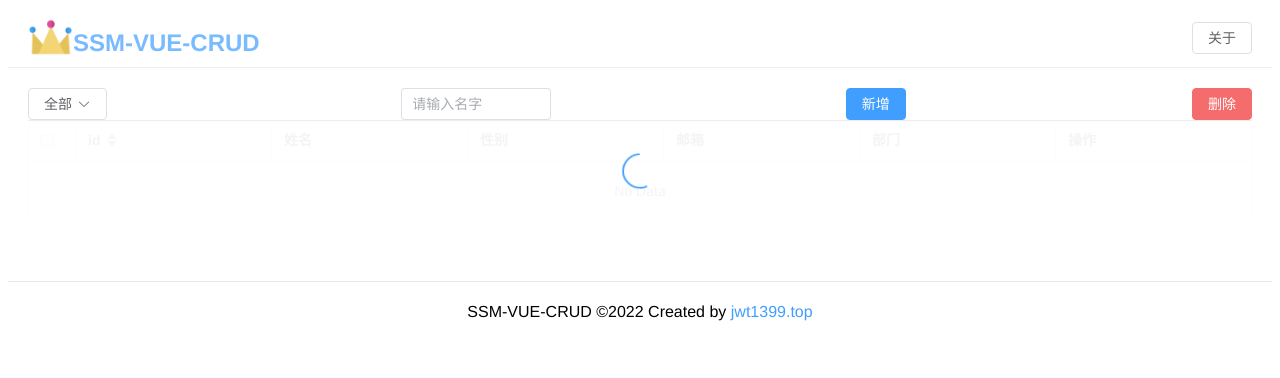
Repository: jwt1399/ssm-vue-crud
Page: / (app in ssm-crud-front/)
The author's editor kept a copy of each file at every save. The page is drawn from the files as they stood at one save, then again after the next save.
The browser window is 1280 px wide. The pictures show the whole page.
The page's requests for data from a server got no answer. The project was rebuilt for these pictures with package versions that can differ from the ones it lists, and the page was loaded fresh each time. No one was signed in, and anything a server would have sent is missing. Also part of the build but not shown: ssm-crud-front/vue.config.js.

Above is the page before, as saved 2022-06-17 10:23:04.

### ssm-crud-front/public/index.html
<!DOCTYPE html>
<html lang="zh-Hans">
  <head>
    <meta charset="utf-8">
    <meta http-equiv="X-UA-Compatible" content="IE=edge">
    <meta name="viewport" content="width=device-width,initial-scale=1.0">
    <link rel="icon" href="<%= BASE_URL %>favicon.png">
    <title><%= htmlWebpackPlugin.options.title %></title>
  </head>
  <body>
    <noscript>
      <strong>We're sorry but <%= htmlWebpackPlugin.options.title %> doesn't work properly without JavaScript enabled. Please enable it to continue.</strong>
    </noscript>
    <div id="app"></div>
    <!-- built files will be auto injected -->
  </body>
</html>

### ssm-crud-front/src/main.js
import { createApp } from 'vue'
import App from './App.vue'
import router from './router'
import ElementPlus from 'element-plus'
import 'element-plus/dist/index.css'
import * as ElementPlusIconsVue from '@element-plus/icons-vue'

const app = createApp(App)

//配置全局icon
for (const [key, component] of Object.entries(ElementPlusIconsVue)) {
    app.component(key, component)
  }

app.use(router).use(ElementPlus).mount('#app')

### ssm-crud-front/src/App.vue
<template>
  <Header/>
  <router-view/>
  <Footer/>
</template>


<script setup>
import Header from '@/components/Header.vue'
import Footer from '@/components/Footer.vue'
</script>



<style>
#app {
  font-family: Avenir, Helvetica, Arial, sans-serif;
  -webkit-font-smoothing: antialiased;
  -moz-osx-font-smoothing: grayscale;
  /* text-align: center; */
  /* color: #2c3e50; */
}
</style>


<!-- 不使用script setup语法糖 -->
<!-- <script>
import Header from '@/components/Header.vue'
import Footer from '@/components/Footer.vue'
export default {
    components: {
        Header,
        Footer,
    }
}
</script> -->

### ssm-crud-front/src/router/index.js
import { createRouter, createWebHashHistory } from 'vue-router'
import CrudView from '../views/CrudView.vue'
const routes = [
  {
    path: '/',
    name: 'home',
    component: CrudView
  },
  {
    path: '/about',
    name: 'about',
    // 懒加载
    component: () => import(/* webpackChunkName: "about" */ '../views/AboutView.vue')
  }
]

const router = createRouter({
  history: createWebHashHistory(),
  routes
})

export default router

### ssm-crud-front/src/components/Header.vue
<template>
  <el-header class="header">
    <!-- <div class="nav"> -->
      <a href="/" class="nav-link">
        <img src="../assets/favicon.png" alt="logo" class="nav-logo" />
        <h2 class="nav-title">SSM-VUE-CRUD</h2>
      </a>
    <!-- </div> -->
    <el-button type="default" size="default" :plain="true" @click="skipAbout()">关于</el-button>
    <!-- <Dialog ref="dialog"/> -->
  </el-header>
</template>

<script setup>
import { ref } from "vue";
import { useRouter } from "vue-router";
import { Search } from "@element-plus/icons-vue";
import { ElMessage, ElMessageBox } from "element-plus";
// import Dialog from '@/components/Dialog.vue';
// import { defineProps } from "vue";

import { inject } from "vue";

// const dialog =ref(null)

const defaultText = ref("测试");

const searchChange = (val) => {
  console.log(val);
  // getEmployeeList();
};

//关于页跳转
const router = useRouter();
const skipAbout = () => {
  // window.location.href='#/about';
  // router.push({path:'about'})
  router.push({ name: "about" }); //路由名
  //弹框提示
  ElMessage({
    showClose: true,
    message: "这是本项目的关于页面！",
    center: true,
    type: "success",
  });
};

// 添加按钮
const handleAdd = (index, row) => {
  console.log(index, row);
    dialog.value.editNameDisabled = false;
    dialog.value.dialogFormVisible = true;
};

// 批量删除按钮
const batchDeleteEmployee = () => {
  if (batchIds.length == 0) {
    ElMessage({
      message: "最少选择一位员工！",
      type: "warning",
    });
    return;
  }
  ElMessageBox.confirm("此操作将永久删除该信息, 是否继续?", "提示", {
    confirmButtonText: "确定",
    cancelButtonText: "取消",
    type: "warning",
  })
    .then(() => {
      axios
        .batchDeleteEmployee({
          ids: batchIds,
        })
        .then((res) => {
          ElMessage({
            type: "success",
            message: res.msg,
          });
          this.getEmployeeList();
        })
        .catch((res) => {
          ElMessage({
            type: "info",
            message: res.msg,
          });
        });
    })
    .catch(() => {
      ElMessage({
        type: "info",
        message: "删除取消",
      });
    });
};
</script>

<style scoped>
.nav-logo {
  height: 45px;
  width: 45px;
  vertical-align: middle;
  display: inline-block;
}

.nav-title {
  /* font-size: 2rem; */
  display: inline-block;
  vertical-align: middle;
  color: #79bbff;
  padding-top: 10px;
}

/* .nav-item {
  display: flex;
  align-items: center;
}

.nav-search {
  width: 150px;
  margin: 0 20px;
} */

.header {
  display: flex;
  align-items: center;
  justify-content: space-between;
  width: 100%;
  border-bottom: 1px solid #eee;
  min-width: 800px;
}
</style>

<!-- 不使用script setup语法糖 -->
<!-- <script>
import { ref } from 'vue'
import { useRouter } from 'vue-router'
import { Search } from '@element-plus/icons-vue'
export default {
    name: 'Header',
    setup() {
        const defaultText = ref("测试")
        const router = useRouter()
        const skipAbout = ()=>{
        // window.location.href='#/about';
        // router.push({path:'about'})
        router.push({ name: 'about'})
        }
        return {
            skipAbout,
            Search,
            defaultText,
        }
    },
}
</script> -->

### ssm-crud-front/src/components/Footer.vue
<template>
<el-footer class="footer">
    <span>SSM-VUE-CRUD ©2022 Created by </span>
    <a href="https://jwt1399.top" style="text-decoration: none;color: #409eff;"> jwt1399.top</a>
 </el-footer>
</template>

<!-- 不使用script setup语法糖 -->
<!-- <script>
export default{
    name:'Footer',
}
</script> -->

 <style scoped>
.footer {
    /* 显示在底部*/
    position: relative;
    text-align: center;
    width: 100%;
    /* 垂直居中23-24 */
    height: 60px;
    line-height:60px;
    background-color: #fff;
    border-top:1px solid #E7E7E7;
}
</style>

### ssm-crud-front/src/views/CrudView.vue
<template>
  <el-main>
    <div class="nav-item">
      <el-dropdown>
        <el-button size="default">
          全部
          <el-icon class="el-icon--right">
            <arrow-down />
          </el-icon>
        </el-button>
        <template #dropdown>
          <el-dropdown-menu>
            <el-dropdown-item>Action 1</el-dropdown-item>
            <el-dropdown-item>Action 2</el-dropdown-item>
          </el-dropdown-menu>
        </template>
      </el-dropdown>
      <div class="nav-search">
        <el-input
          placeholder="请输入名字"
          v-model="defaultText"
          size="default"
          :prefix-icon="Search"
          @change="searchChange"
          clearable
        >
        </el-input>
      </div>
      <el-button type="primary" size="default" @click="handleAdd()">新增</el-button>
      <el-button type="danger" size="default" @click="batchDeleteEmployee()">删除</el-button>
    </div>

    <div class="data-table">
      <el-table
        :data="employeeList"
        border
        style="width: 100%"
        v-loading="loading"
        @selection-change="handleSelectionChange"
      >
        <el-table-column type="selection"></el-table-column>
        <el-table-column prop="empId" label="id" sortable></el-table-column>
        <el-table-column prop="empName" label="姓名"></el-table-column>
        <el-table-column prop="gender" label="性别" :formatter="formatterSex"></el-table-column>
        <el-table-column prop="email" label="邮箱"></el-table-column>
        <el-table-column prop="department.deptName" label="部门"></el-table-column>
        <el-table-column label="操作">
          <template #default="scope">
            <el-button
              type="primary"
              size="large"
              :icon="Edit"
              @click="handleEdit(scope.$index, scope.row)"
              circle
            >
            </el-button>
            <el-button
              type="danger"
              size="large"
              :icon="Delete"
              @click="handleDelete(scope.$index, scope.row)"
              circle
            >
            </el-button>
          </template>
        </el-table-column>
      </el-table>
    </div>
    <div class="table-pagination">
      <el-pagination
        v-model:current-page="pageNum"
        v-model:page-size="pageSize"
        :page-sizes="[5, 10, 15, 20]"
        :small="small"
        :disabled="disabled"
        :background="background"
        layout="total, sizes, prev, pager, next, jumper"
        :total="total"
        @size-change="handleSizeChange"
        @current-change="handleCurrentChange"
      >
      </el-pagination>
    </div>
  </el-main>
  <!-- <Dialog ref="dialog"/> -->
  <el-dialog
    v-model="dialogFormVisible"
    :title="editNameDisabled ? '修改' : '添加'"
    @close="dialogClose"
  >
    <el-form
      :model="EmpForm"
      :rules="rules"
      ref="formRef"
      label-position="right"
      label-width="80px"
      status-icon
    >
      <el-form-item label="姓名" prop="empName">
        <el-input v-model="EmpForm.empName" :disabled="editNameDisabled"></el-input>
      </el-form-item>
      <el-form-item label="邮箱" prop="email">
        <el-input v-model="EmpForm.email"></el-input>
      </el-form-item>
      <el-form-item label="性别" prop="gender">
        <el-radio-group v-model="EmpForm.gender">
          <el-radio :label="1" border size="default">男</el-radio>
          <el-radio :label="2" border size="default">女</el-radio>
        </el-radio-group>
      </el-form-item>
      <el-form-item label="所属部门" prop="dId">
        <el-select v-model="EmpForm.dId" placeholder="请选择部门">

          <el-option v-for="(item,index) in DeptList" :key="index" :label="item.deptName" :value="item.deptId">
          </el-option>
        </el-select>
      </el-form-item>
    </el-form>
    <template #footer>
      <span class="dialog-footer">
        <el-button @click="resetForm">取消</el-button>
        <el-button type="primary" @click="addSubmit">确定</el-button>
      </span>
    </template>
  </el-dialog>
</template>

<script setup>
import { ElMessage, ElMessageBox } from "element-plus";
import { ref, onBeforeMount, reactive } from "vue";
import { Edit, Delete } from "@element-plus/icons-vue";
import axios from "axios";
// import Dialog from '@/components/Dialog.vue';

// const dialog =ref(null)
//分页相关
const pageNum = ref(1);
const pageSize = ref(5);
const small = ref(false);
const background = ref(true);
const disabled = ref(false);
const total = ref(null);
//每页条目数
const handleSizeChange = (val) => {
  console.log(`每页条目数：${val}`);
  getEmployeeList(pageNum.value, val);
};
//当前页面
const handleCurrentChange = (val) => {
  console.log(`当前页面: ${val}`);
  getEmployeeList(val, pageSize.value);
};

//勾选框改变
let batchIds = ref(null);
const handleSelectionChange = (arr) => {
  console.log(arr);
  var arrs = [];
  for (var i = 0; i < arr.length; i++) {
    arrs.push(arr[i].empId);
  }
  batchIds = arrs.join();
  console.log(batchIds);
};

//获取员工数据
const employeeList = ref([]);
const loading = ref(true); //加载动画
function getEmployeeList(pageNum, pageSize) {
  axios
    .get("api/ssm_crud_back/employees/", {
      params: {
        pageNum: pageNum,
        pageSize: pageSize,
      },
    })
    .then(function (res) {
      console.log("所有员工信息：" , res.data);
      loading.value = false;
      employeeList.value = res.data.data.pageInfo.list;
      total.value = res.data.data.pageInfo.total;
      pageSize = res.data.data.pageInfo.pageSize;
      pageNum = res.data.data.pageInfo.pageNum;
    })
    .catch(function (error) {
      console.log(error);
    });
}
// 性别格式化
const formatterSex = (row, column) => {
  return row.gender == 1 ? "男" : "女";
};

// 删除按钮
const handleDelete = (index, row) => {
  console.log(index, row);
  ElMessageBox.confirm("此操作将永久删除该信息, 是否继续?", "提示", {
    confirmButtonText: "确定",
    cancelButtonText: "取消",
    type: "warning",
  })
    .then(() => {
      deleteEmployee(row.empId);
    })
    .catch(() => {
      ElMessage({ type: "info", message: "删除取消" });
    });
};
// 删除员工信息
function deleteEmployee(empId) {
  axios
    .delete(`api/ssm_crud_back/delete/${empId}`)
    .then((response) => {
      if (response.data.code == 100) {
        getEmployeeList();
        ElMessage({ type: "success", message: "删除成功" });
      } else {
        ElMessage({ type: "error", message: "删除失败" });
      }
    })
    .catch((error) => {
      console.log(error);
    });
}

let EmpForm = ref({
  empName: "",
  email: "",
  gender: "",
  dId: "",
  department: {
    deptId: "",
    deptName: "",
  },
});

// const EmpForm = ref({});
// 查询单个员工信息
function getEmployee(empId) {
  axios
    .get(`api/ssm_crud_back/emp/${empId}`)
    .then((response) => {
        console.log("单个员工信息：",response.data);
        EmpForm.value = response.data.data.emp;
        console.log(EmpForm);
    })
    .catch((error) => {
        console.log(error);
    });
}

//显示/隐藏对话框
let dialogFormVisible = ref(false);
//名字是否可编辑
let editNameDisabled = ref(false);

// 修改按钮
const handleEdit = (index, row) => {
  console.log(index, row);
  console.log(row.empId);

  getEmployee(row.empId);
  getAllDept();
  editNameDisabled.value = true;
  dialogFormVisible.value = true;
};

// 更新员工信息
function updateEmp(params) {
  axios.put("api/ssm_crud_back/update", {...params})
    .then((response) => {
        console.log(response.data)
      if (response.data.code == 100) {
        ElMessage({ type: "success", message: "更新成功" });
        getEmployeeList();
      } else {
        ElMessage({ type: "error", message: "更新失败" });
      }
    })
    .catch((error) => {
      console.log(error);
    });
}

onBeforeMount(() => {
  getEmployeeList();
});

let DeptList = ref({})

function getAllDept() {
    axios.get("api/ssm_crud_back/dept")
    .then(res => {
        console.log("部门信息：",res.data);
        DeptList.value = res.data.data.dept;
    })
    .catch(error => {
      console.log(error);
    });
}




//表单验证
const rules = reactive({
  empName: [
    {
      required: true,
      message: "Please input Activity name",
      trigger: "blur",
    },
    {
      min: 1,
      max: 15,
      message: "Length should be 1 to 15",
      trigger: "blur",
    },
  ],
  email: [
    {
      required: true,
      message: "请输入正确邮箱",
      trigger: "blur",
      pattern: /^[A-Za-z0-9\u4e00-\u9fa5]+@[a-zA-Z0-9_-]+(\.[a-zA-Z0-9_-]+)+$/,
    },
  ],
  gender: [
    {
      required: true,
      message: "请选择性别",
      trigger: "blur",
    },
  ],
  dId: [
    {
      required: true,
      message: "请选择部门",
      trigger: "blur",
    },
  ],
  department: [
    {
      required: true,
      message: "请选择部门",
      trigger: "blur",
    },
  ],
});

let formRef = ref(null);
// onMounted(()=>{
//     console.log(formRef.value)
// });

//表单验证
function submitForm() {
  let flag = false;
  formRef.value.slotsvalidate((valid) => {
    if (valid) {
      flag = true;
    } else {
      flag = false;
      return false;
    }
  });
  return flag;
}

function resetForm() {
  formRef.value.resetFields();
  dialogFormVisible.value = false;
}

function dialogClose() {
  console.log(formRef.value);
  formRef.value.resetFields();
}

//提交
function addSubmit() {
//   const valid = submitForm();
  const valid = true;
  if (valid) {
    if (editNameDisabled) {
      updateEmp(EmpForm.value);
    } else {
      addEmp(EmpForm.value);
    }
    dialogFormVisible.value = false;
  }
}
</script>

<style scoped>
.table-pagination {
  display: flex;
  justify-content: center;
  padding: 20px;
}
.nav-item {
  /* display: flex;
  align-items: center; */
  display: flex;
  align-items: center;
  justify-content: space-between;
  width: 100%;
  border-bottom: 1px solid #eee;
  min-width: 800px;
}

.nav-search {
  width: 150px;
  margin: 0 20px;
}
</style>

<!-- 不使用script setup语法糖 -->
<!-- <script>
import { ref,onBeforeMount } from 'vue'
import { Edit, Delete } from '@element-plus/icons-vue'
import axios from 'axios'
export default {
    name: 'CrudView',
    setup(){
        //分页相关
        const pageNum = ref(1)
        const pageSize = ref(5)
        const small = ref(false)
        const background = ref(true)
        const disabled = ref(false)
        const total = ref(null)
        const handleSizeChange = (val) => {
            console.log(`每页条目数：${val}`)
            getEmployeeList(pageNum.value,val)
        }
        const handleCurrentChange = (val) => {
            console.log(`当前页面: ${val}`)
            getEmployeeList(val,pageSize.value)
        }

        //获取员工数据
        const loading = ref(false)
        let batchIds = ref(null)
        const handleSelectionChange = (arr) => {
            console.log(arr)
            var arrs = [];
            for (var i = 0; i < arr.length; i++) {
                arrs.push(arr[i].empId);
            }
            batchIds = arrs.join();
            console.log(batchIds)
        }

        const handleEdit = (index, row) => {
            console.log(index, row)
        }

        const handleDelete = (index, row) => {
            console.log(index, row)
        }
        const employeeList =ref([])
        function getEmployeeList(pageNum,pageSize){
            axios.get("api/ssm_crud_back/employees/", {
                params: {
                    pageNum: pageNum,
                    pageSize: pageSize,
                }
            }).then(function(res) {
                console.log(res.data)
                loading.value = false
                employeeList.value = res.data.data.pageInfo.list
                total.value = res.data.data.pageInfo.total
                pageSize = res.data.data.pageInfo.pageSize
                pageNum = res.data.data.pageInfo.pageNum
            }).catch(function(error) {
                console.log(error);
            });
        }
        onBeforeMount(()=>{
            getEmployeeList();
        })
        // 性别格式化
        const formatterSex = (row, column)=>{
            return row.gender == 1 ? "男" : "女";
        };

        return{
            employeeList,
            getEmployeeList,
            pageNum,
            pageSize,
            total,
            small,
            disabled,
            background,
            formatterSex,
            handleSizeChange,
            handleCurrentChange,
            Edit,
            Delete,
            loading,
            handleSelectionChange,
            handleEdit,
            handleDelete,
        }
    }
}
</script> -->

After the next save:
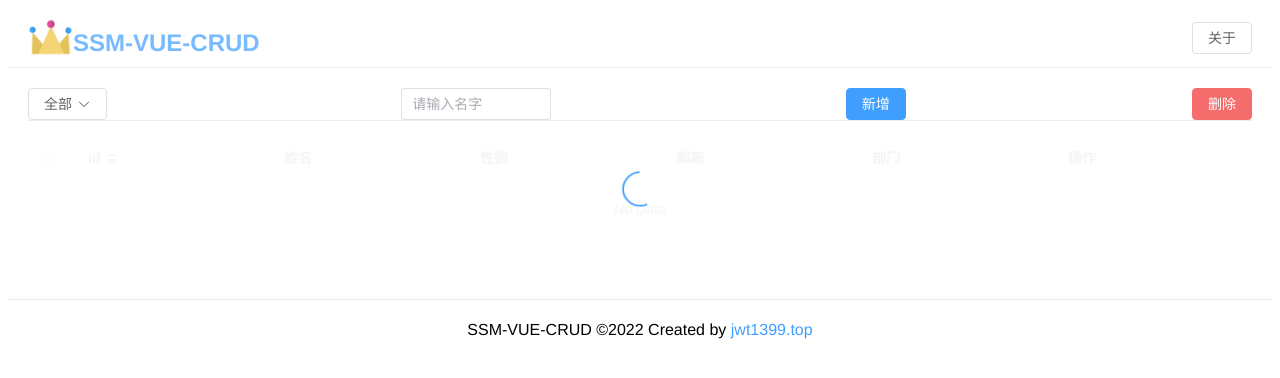
Saved 33 s later.
--- a/ssm-crud-front/src/views/CrudView.vue
+++ b/ssm-crud-front/src/views/CrudView.vue
@@ -28,7 +28,7 @@
       </div>
       <el-button type="primary" size="default" @click="handleAdd()">新增</el-button>
       <el-button type="danger" size="default" @click="batchDeleteEmployee()">删除</el-button>
-    </div>
+    </div><br/>
 
     <div class="data-table">
       <el-table
